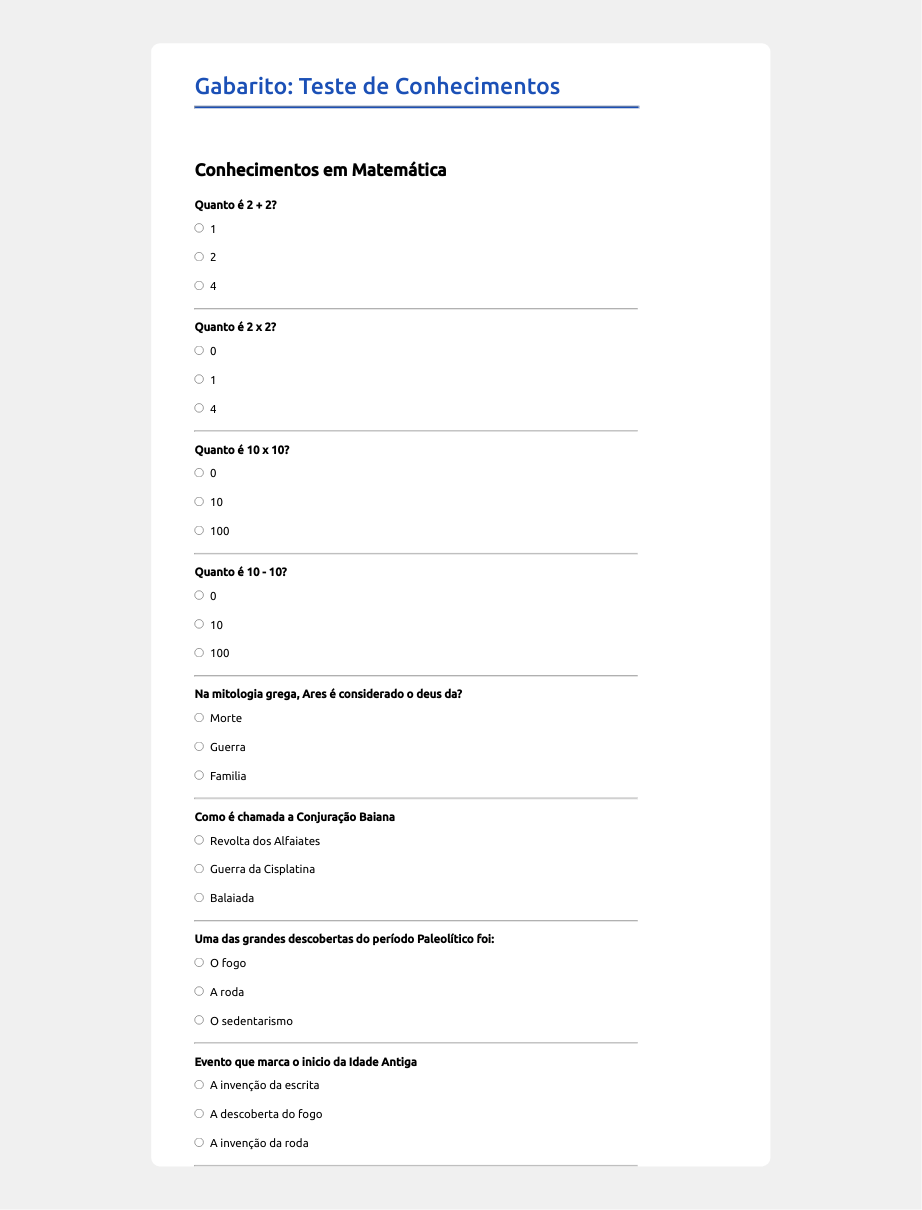
Repository: Delei09/desafioPerguntas
Page: / (app in frontend/)
The author's editor kept a copy of each file at every save. The page is drawn from the files as they stood at one save, then again after the next save.
The browser window is 1280 px wide. The pictures show the whole page, at 72% of full size.
The project was rebuilt for these pictures with package versions that can differ from the ones it lists, and the page was loaded fresh each time.

Above is the page before, as saved 2021-08-18 14:42:51.

After the next save:
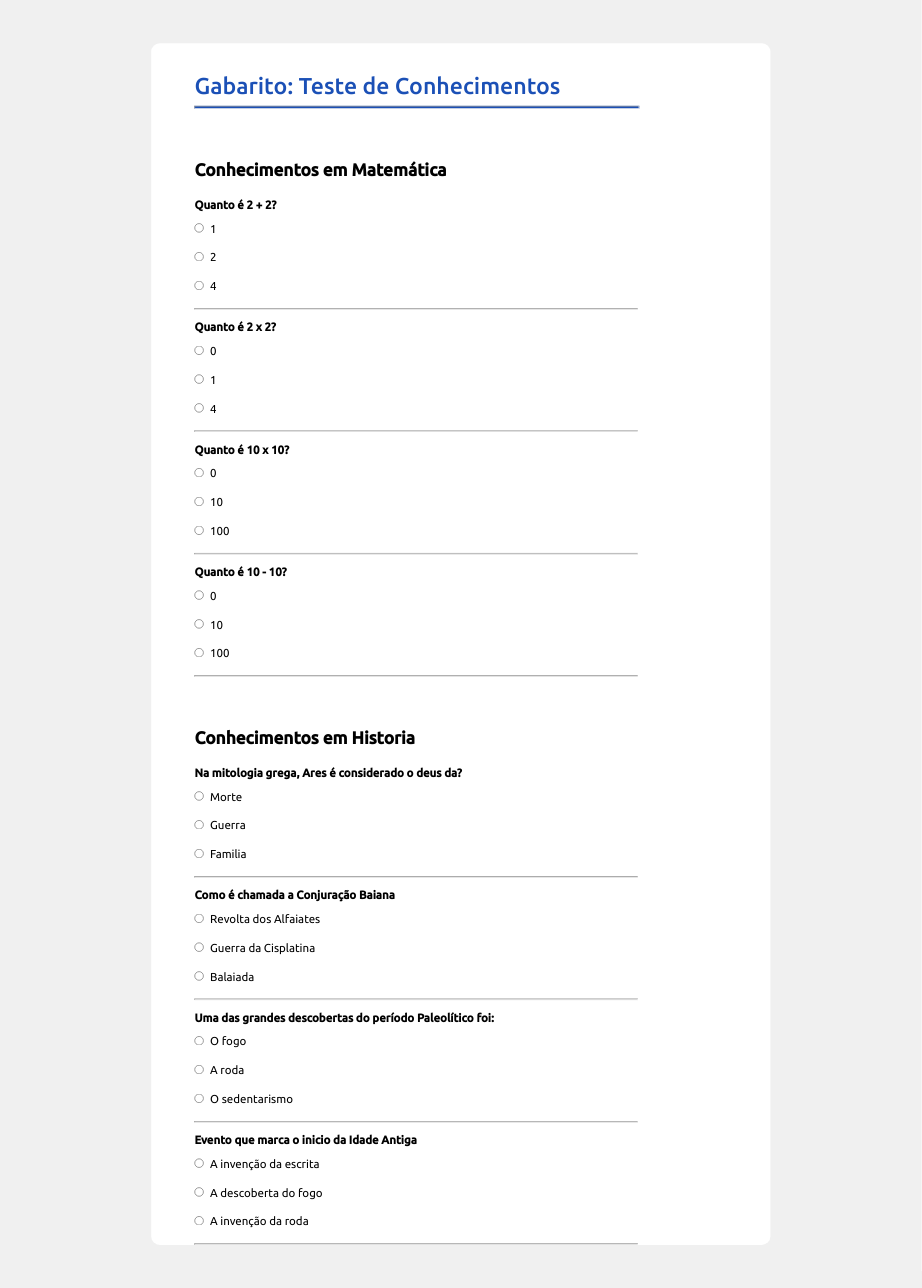
Saved 63 s later.
--- a/frontend/src/page/Home.tsx
+++ b/frontend/src/page/Home.tsx
@@ -27,6 +27,8 @@ const {perguntasMatematica, perguntasHistoria} = useContext(ContextPerguntas)
          </div>
       )
       })}
+   </ContainerMain>
+   <ContainerMain titulo = 'Conhecimentos em Historia'>
 
 {perguntasHistoria.map(questao => {
       return(
